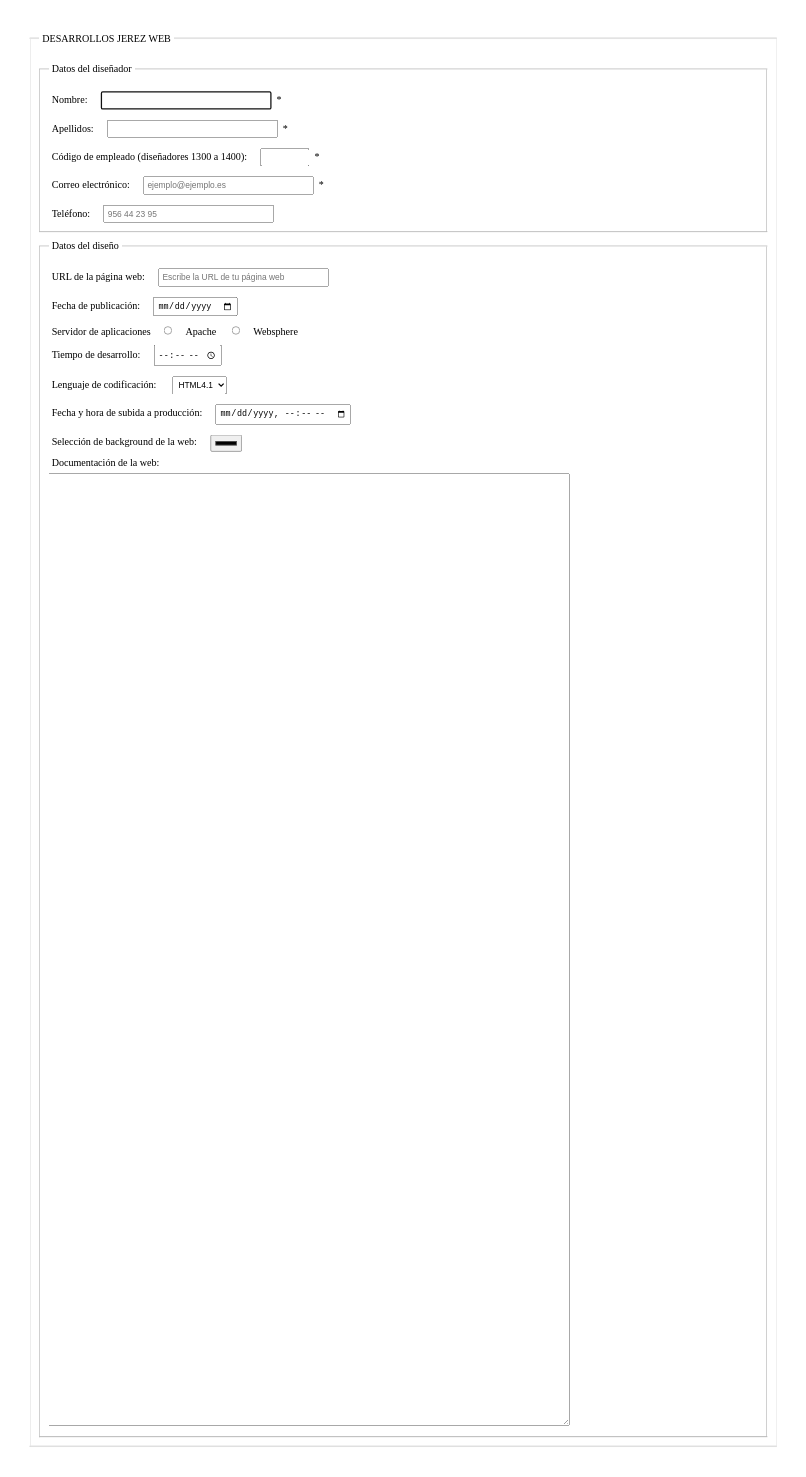
Repository: iSaan86/EV_Practica_FormularioCSS
Page: index.html
The author's editor kept a copy of each file at every save. The page is drawn from the files as they stood at one save, then again after the next save.
The browser window is 1280 px wide. The pictures show the whole page, at 63% of full size.

Above is the page before, as saved 2024-01-11 17:12:42.

### index.html
<!DOCTYPE html>
<html lang="es-ES">

<head>
    <meta charset="UTF-8">
    <meta name="viewport" content="width=device-width, initial-scale=1.0">
    <meta name="keywords" content="formulario, html, css, practica">
    <meta name="description" content="Formularios">
    <meta name="author" content="Alexandra Ferrera Arenas">
    <link rel="icon" type="image/x-icon" href="img/logo-giro.png">
    <link rel="stylesheet" href="css/estilo.css">
    <title> PRACTICA DE FORMULARIOS </title>
</head>

<body>
    <!-- ABRO FORMULARIO -->
    <form method="get" action="" name="formulario1" id="formulario1">
        <!--AGRUPACION GENERAL-->
        <fieldset>
            <legend class="datos">DESARROLLOS JEREZ WEB</legend>
            <fieldset><legend class="datos2">Datos del diseñador</legend>
                <label for="nombre">Nombre:</label><input type="text" id="nombre" name="nombre" alt="indique su nombre" size="30%" autofocus required minlength="2" maxlength="50">*<br>
                <label for="apellidos">Apellidos:</label><input type="text" id="apellidos" name="apellidos" alt="indique sus apellidos" size="30%" required minlength="2" maxlength="50">*<br>
                <label for="codigo">Código de empleado (diseñadores 1300 a 1400):</label><input type="number" id="codigo" name="codigo" alt="indique su código de empleado" required min="1300" max="1400">*<br>
                <label for="email">Correo electrónico:</label><input type="email" id="email" name="email" alt="indique su email" size="30%" placeholder="ejemplo@ejemplo.es" required>*<br>
                <label for="telefono">Teléfono:</label><input type="tel" id="telefono"  name="telefono" alt="indique su telefono" size="30%" placeholder="956 44 23 95"><br>
            </fieldset>
            <fieldset><legend class="datos2">Datos del diseño</legend>
                <label for="url">URL de la página web:</label><input type="url" id="url" name="url" alt="indique la URL de la pagina web" size="30%" placeholder="Escribe la URL de tu página web"><br>
                <label for="fecha">Fecha de publicación:</label><input type="date" name="fecha" id="fecha"><br>
                <label for="servidor">Servidor de aplicaciones</label><input type="radio" id="apache" name="servidor" alt="verificar apache" value="Apache"><label for="hombre">Apache</label>
                <input type="radio" id="websphere" name="servidor" alt="verificar websphere" value="Websphere"><label for="mujer">Websphere</label><br>
                <label for="tiempo">Tiempo de desarrollo:</label><input type="time" name="tiempo" id="tiempo"><br>
                <label for="lenguaje">Lenguaje de codificación:</label>
                <select id="lenguaje" name="lenguaje" alt="Elija lenguaje de codificación"><br>
                    <option value="html4.1">HTML4.1</option>
                    <option value="xhtml">XHTML</option>
                    <option value="html5">HTML5</option>
                </select><br>
                <label for="fechayhora">Fecha y hora de subida a producción:</label><input type="datetime-local" name="fechayhora" size="30%"><br>
                <label for="fondo">Selección de background de la web:</label><input type="color" name="fondo" size="30%"><br>
                <label for="areatexto">Documentación de la web:</label><br>
                <textarea name="areatexto" cols="100" rows="100">
                </textarea>
            </fieldset>













        </fieldset>
    </form>




</body>





</html>

### css/estilo.css
@charset "UTF-8";

/* Para todo el html */
*{
    padding: 5px;
    margin:8px;
}

After the next save:
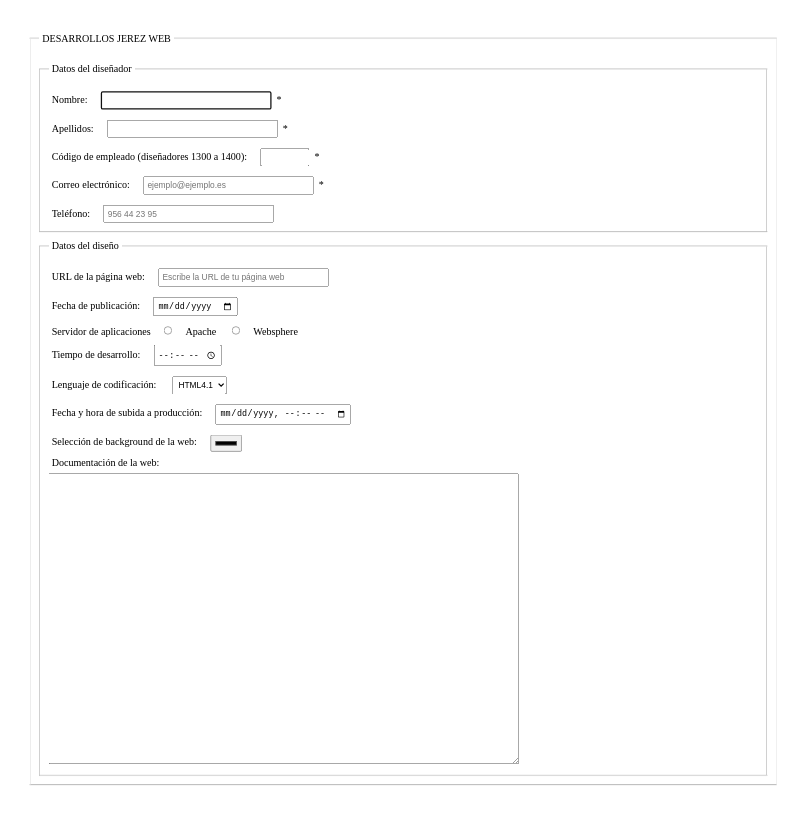
Saved 25 s later.
--- a/index.html
+++ b/index.html
@@ -40,7 +40,7 @@
                 <label for="fechayhora">Fecha y hora de subida a producción:</label><input type="datetime-local" name="fechayhora" size="30%"><br>
                 <label for="fondo">Selección de background de la web:</label><input type="color" name="fondo" size="30%"><br>
                 <label for="areatexto">Documentación de la web:</label><br>
-                <textarea name="areatexto" cols="100" rows="100">
+                <textarea name="areatexto" cols="90" rows="30">
                 </textarea>
             </fieldset>
 
